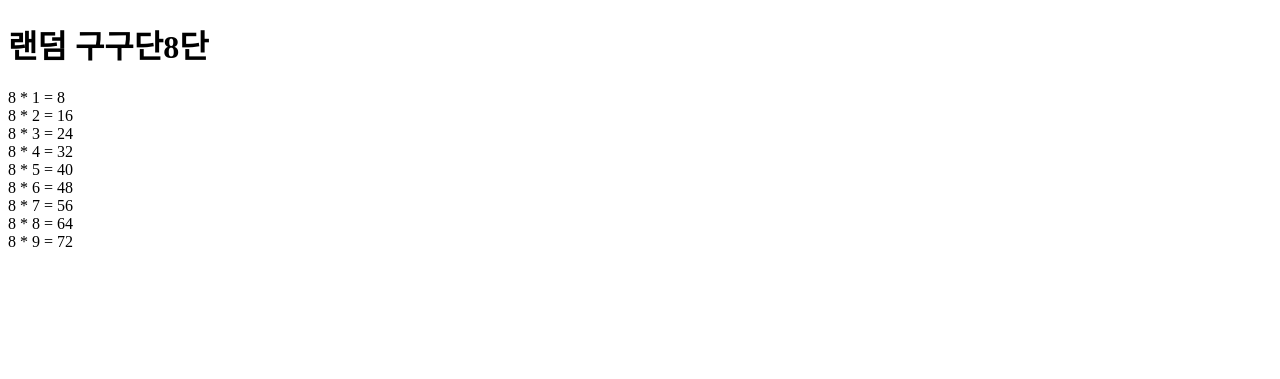
Repository: Yingjae/jsp_practice
Page: http://localhost/JSPBasic/JspTag/TagQ02.jsp
The author's editor kept a copy of each file at every save. The page is drawn from the files as they stood at one save, then again after the next save.
The browser window is 1280 px wide. The pictures show the whole page.
The page is served by Tomcat 9.

Above is the page before, as saved 2022-01-28 06:36:09.

After the next save:
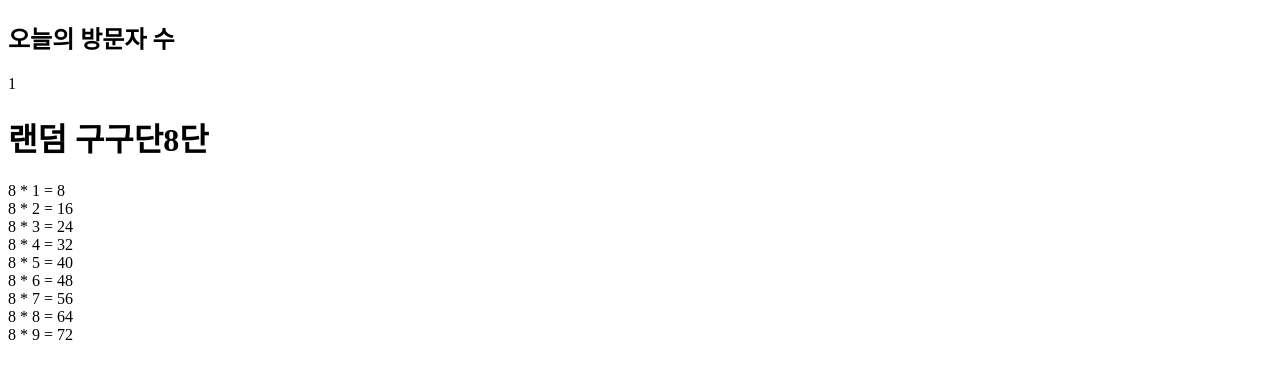
Saved 6 min 43 s later.
--- a/JSPBasic/src/main/webapp/JspTag/TagQ02.jsp
+++ b/JSPBasic/src/main/webapp/JspTag/TagQ02.jsp
@@ -8,7 +8,13 @@
 </head>
 <body>
 
+<%!
+ public int total = 0;
+%>
+	<h2>오늘의 방문자 수</h2>
 <%
+	out.println(++total);
+
 	int i = (int)(Math.random() * 10 + 1);
 	if(i > 1 && i < 10){
 		out.println("<h1>랜덤 구구단" + i + "단 </h1>");
@@ -18,9 +24,6 @@
 		return;
 	}
 %>
-<%!
- public int total = 0;
-%>
 
 </body>
 </html>
